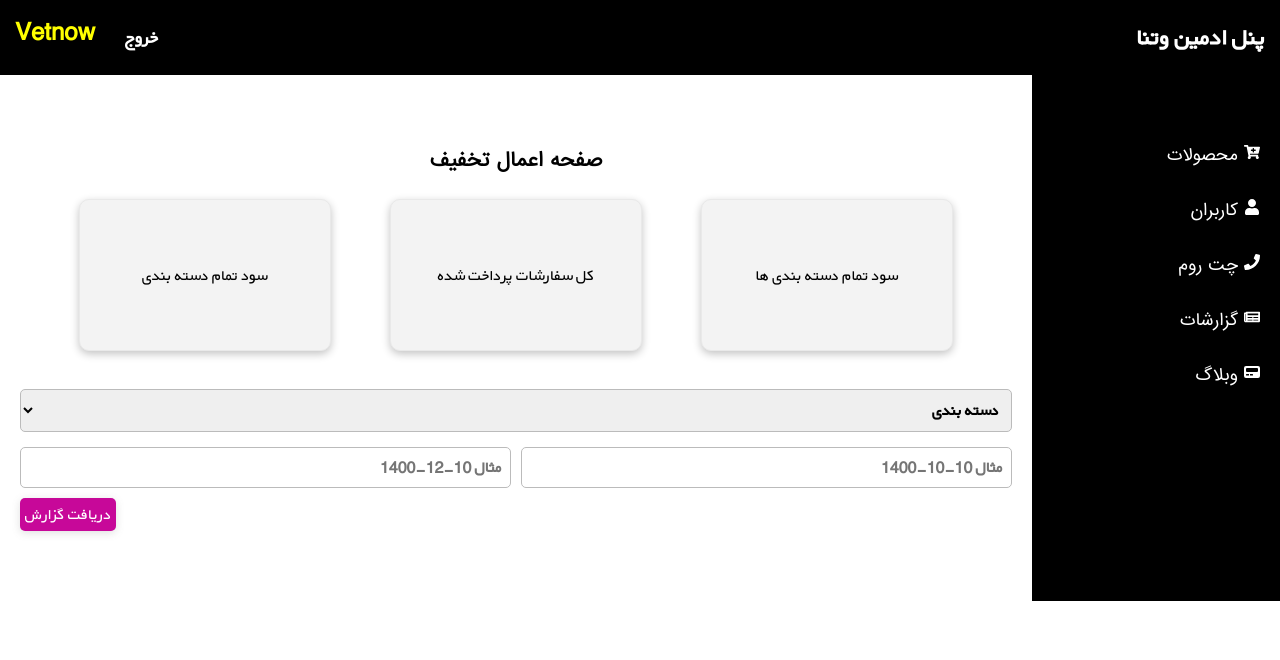
Repository: farhanahmadi/Vetnow
Page: /Reports
The author's editor kept a copy of each file at every save. The page is drawn from the files as they stood at one save, then again after a run of saves.
The browser window is 1280 px wide. The pictures show the whole page.
The page's requests for data from a server got no answer. The project was rebuilt for these pictures with package versions that can differ from the ones it lists, and the page was loaded fresh each time. No one was signed in, and anything a server would have sent is missing. Also part of the build but not shown: src/components/AdminProduct.js, src/components/AddProduct.js, src/components/View.js, src/components/EditProduct.js, src/components/Users.js, src/components/AddUser.js, src/components/EditUser.js, src/components/EditView.js and 7 more.

Above is the page before, as saved 2022-01-25 00:45:49.

### public/index.html
<!DOCTYPE html>
<html lang="en">
  <head>
    <meta charset="utf-8" />
    <link rel="icon" href="%PUBLIC_URL%/favicon.ico" />
    <meta name="viewport" content="width=device-width, initial-scale=1" />
    <meta name="theme-color" content="#000000" />
    <meta
      name="description"
      content="Web site created using create-react-app"
    />
    <link rel="apple-touch-icon" href="%PUBLIC_URL%/logo192.png" />
    <!--
      manifest.json provides metadata used when your web app is installed on a
      user's mobile device or desktop. See https://developers.google.com/web/fundamentals/web-app-manifest/
    -->
    <link rel="manifest" href="%PUBLIC_URL%/manifest.json" />
    <!--
      Notice the use of %PUBLIC_URL% in the tags above.
      It will be replaced with the URL of the `public` folder during the build.
      Only files inside the `public` folder can be referenced from the HTML.

      Unlike "/favicon.ico" or "favicon.ico", "%PUBLIC_URL%/favicon.ico" will
      work correctly both with client-side routing and a non-root public URL.
      Learn how to configure a non-root public URL by running `npm run build`.
    -->
    <title>React App</title>
  </head>
  <body>
    <noscript>You need to enable JavaScript to run this app.</noscript>
    <div id="root"></div>
    <!--
      This HTML file is a template.
      If you open it directly in the browser, you will see an empty page.

      You can add webfonts, meta tags, or analytics to this file.
      The build step will place the bundled scripts into the <body> tag.

      To begin the development, run `npm start` or `yarn start`.
      To create a production bundle, use `npm run build` or `yarn build`.
    -->
  </body>
  <script src="https://cdn.tiny.cloud/1/1i8eu7khos34tatxbnflclqt6v0tuym2124xj2eb49ma1u6q/tinymce/5/tinymce.min.js" referrerpolicy="origin"></script>
</html>

### src/components/Report/Reports.js
import React, { useEffect, useState }  from 'react'
import styles from '../../styles/Reports.module.css'
import Sidebar from '../Sidebar'
import {Link} from 'react-router-dom'
import axios from 'axios'
import { MainLink } from '../Link/MainLink';


export default function Reports() {

    const [category , setCategory] = useState([])
    const [sells , setSells] = useState({
        order_count: '',
        total_gain: '',
        total_sells: '',

    })
    const [data , setData] = useState({
        category: '',
        startDate: '',
        endDate: '',
    })



    useEffect( async () => {
        await axios.get(`${MainLink}/api/v1/categories/`).then(res => setCategory(res.data))
        const total_gains =  await axios.get(`${MainLink}/api/v1/total_gains/`)
        const order_count =  await axios.get(`${MainLink}/api/v1/orders_count/`)
        setSells({...sells , order_count: order_count.data.all ,
            total_gain: total_gains.data.total_gain ,
            total_sells: total_gains.data.total_sells})

    },[])

    const categoryHandler = (event) =>{
        setData({...data , category: event.target.value})
    }

    const inputsHandler = (event) =>{
        setData({...data , [event.target.name] : event.target.value})
        console.log(data);
    }


    const submitHandler = (event) =>{
        event.preventDefault()
        if (data.category.length > 0) {
            axios.post(`${MainLink}/api/v1/gains/` ,{
                slug: data.category,
                date_start: data.startDate,
                date_end: data.endDate
            }).then(response => console.log(response))
        }
    }

    return (
        <div className={styles.container}>
            <section className={styles.main}>
               <section className={styles.tableHeader}>
                    <h3>صفحه اعمال تخفیف</h3>
               </section>
               <br />
                <section className={styles.box}>
                    <div className={styles.Profit}>
                        <p>سود تمام دسته بندی</p>
                        {sells.total_gain}
                    </div>
                    <div className={styles.orders}>
                        <p>کل سفارشات پرداخت شده</p>
                        {sells.order_count}
                    </div>
                    <div className={styles.categoryAllSell}>
                        <p>سود تمام دسته بندی ها</p>
                        {sells.total_sells}
                    </div>
                </section>
                <br />
                <form className={styles.form} onSubmit={submitHandler}>
                <section className={styles.sectionBox} dir='rtl'>
                    <select  onChange={e => categoryHandler(e)}>
                        <option value="null">دسته بندی</option>
                        {category.map(item => <option key={item.id} value={item.slug}>{item.name}</option>)}
                    </select>
                </section>
                <section className={styles.inputs} dir='rtl'>
                    <input type="text" value={data.startDate} placeholder="مثال 10-10-1400" name="startDate" onChange={inputsHandler} />
                    <input type="text" value={data.endDate} placeholder="مثال 10-12-1400" name="endDate" onChange={inputsHandler} />
                </section>
                <input type="submit" className={styles.submitBtn} value="دریافت گزارش" />
                </form>
            </section>
            <section className={styles.sidebar}>
             <Sidebar  />
            </section>
        </div>
    )
}

### src/styles/Navbar.module.css
@font-face {
    font-family: "iranyekan";
    src: url(../fonts/BYekan.ttf);
}
.container{
    background-color: black;
    display: flex;
    justify-content: space-between;
    align-items: center;
    padding: 15px;
}
.container h2{
    font-family: iranyekan;
}
.VetnowEn{
    display: flex;
    text-align: left;
}
.VetnowTitleEn{
    margin-right: 20px;
}
.VetnowEn button{
    border: none;
    background: none;
    font-family: iranyekan;
    color: white;
    font-size: 18px;
    font-weight: bold;
    padding: 10px;
}
.VetnowTitle{
    color: white;
}
.VetnowTitleEn{
    color: yellow;
}

### src/styles/View.module.css
.container{
    display: flex;
    justify-content: right;
    font-family: iranyekan;
}
.main{
    width: calc(400% / 5);
    margin-top: 50px;
    padding: 20px;
    display: flex;
    justify-content: space-between;
    align-items: center;
    flex-direction: column;
}
.sidebar{
    width: calc(100% / 5);
}
.divImg{
    width: 150px;
    height: 150px;
    border: 1px solid #bbbbbb;
    display: flex;
    justify-content: center;
    align-items: center;
    box-shadow: rgba(99, 99, 99, 0.2) 0px 2px 8px 0px;
}
.imageContainer{
    width: 100%;
    display: grid;
    grid-template-columns: 1fr 1fr 1fr 1fr;
    margin-top: 16px;
}
.imageContainer img{
    width: 200px;
    height: 200px;
    border-radius: 5px;
    box-shadow: rgba(99, 99, 99, 0.2) 0px 2px 8px 0px;
}

.photoBox{
    text-align: center;
    margin: 10px auto;
    position: relative;
    display: flex;
    flex-direction: column;
    align-items: center;
}
.imageContainer button{
    position: absolute;
    bottom: 0;
    width: 100%;
    background: #ffffff;
    color: red;
    font-size: 16px;
    font-weight: bold;
    padding: 5px 0px;
    border: none;
    opacity: 0.8;
    font-family: iranyekan;
    cursor: pointer;

}
.imgBox{
    margin: 10px auto;
}
p{
    direction: ltr;
}
@media only screen and (max-width: 1079.98px) {
    .imageContainer img{
        width: 150px;
        height: 150px;
    }
   }

@media only screen and (max-width: 767.98px) {
    .imageContainer{
        display: grid;
        grid-template-columns: 1fr 1fr;
    }
   }

   @media only screen and (max-width: 575.98px) {
    .imageContainer{
        display: grid;
        grid-template-columns: 1fr;
    }
   }

### src/styles/AddUser.module.css
.container{
    display: flex;
    justify-content: right;
    font-family: iranyekan;
}

.main{
    width: calc(400% / 5);
    margin-top: 50px;
    padding: 20px;
}
.sidebar{
    width: calc(100% / 5);
}
.header{
    width: 100%;
}
.header h3{
    text-align: right;
}
.inputs{
    text-align: center;
    display: grid;
    grid-template-columns: 1fr 1fr ;
    width: 100%;
    column-gap: 10px;
    row-gap: 20px;
}
.inputs input , select{
    border-radius: 5px;
    border: 1px solid #bbbbbb;
    text-align: right;
    padding: 8px;
    font-size: 16px;
    color: black;
    font-weight: bold;
    font-family: iranyekan;
}
.inputs input , select:focus{
   outline: none;
}
.submitBtn{
    margin-top: 10px;
    background: #C70899;
    color: white;
    border: none;
    border-radius: 5px;
    font-size: 16px;
    padding: 5px;
    font-family: iranyekan;
    cursor: pointer;
    box-shadow: rgba(99, 99, 99, 0.2) 0px 2px 8px 0px;

}
.checkBox{
    display: flex;
    justify-content: space-between;
    align-items: center;
}
@media only screen and (max-width: 767.98px) {
    .inputs{
        grid-template-columns: 1fr;
    }
   }

### src/styles/EditUser.module.css
.container{
    display: flex;
    justify-content: right;
    font-family: iranyekan;
}

.main{
    width: calc(400% / 5);
    margin-top: 50px;
    padding: 20px;
}
.sidebar{
    width: calc(100% / 5);
}
.header{
    width: 100%;
}
.header h3{
    text-align: right;
}
.inputs{
    text-align: center;
    display: grid;
    grid-template-columns: 1fr 1fr ;
    width: 100%;
    column-gap: 10px;
    row-gap: 20px;
}
.inputs input , select{
    border-radius: 5px;
    border: 1px solid #bbbbbb;
    text-align: right;
    padding: 8px;
    font-size: 16px;
    color: black;
    font-weight: bold;
    font-family: iranyekan;
}
.inputs input , select:focus{
   outline: none;
}
.submitBtn{
    margin-top: 10px;
    background: #C70899;
    color: white;
    border: none;
    border-radius: 5px;
    font-size: 16px;
    padding: 5px;
    font-family: iranyekan;
    cursor: pointer;
    box-shadow: rgba(99, 99, 99, 0.2) 0px 2px 8px 0px;

}
.checkBox{
    display: flex;
    justify-content: space-between;
    align-items: center;
}
@media only screen and (max-width: 767.98px) {
    .inputs{
        grid-template-columns: 1fr;
    }
   }

### src/styles/EditView.module.css
.container{
    display: flex;
    justify-content: right;
    font-family: iranyekan;
}
.main{
    width: calc(400% / 5);
    margin-top: 50px;
    padding: 20px;
    display: flex;
    justify-content: space-between;
    align-items: center;
    flex-direction: column;
}
.sidebar{
    width: calc(100% / 5);
}
.divImg{
    width: 150px;
    height: 150px;
    border: 1px solid #bbbbbb;
    display: flex;
    justify-content: center;
    align-items: center;
    box-shadow: rgba(99, 99, 99, 0.2) 0px 2px 8px 0px;
}
.imageContainer{
    width: 100%;
    display: grid;
    grid-template-columns: 1fr 1fr 1fr 1fr;
    margin-top: 16px;
}
.imageContainer img{
    width: 200px;
    height: 200px;
    border-radius: 5px;
    box-shadow: rgba(99, 99, 99, 0.2) 0px 2px 8px 0px;
}

.photoBox{
    text-align: center;
    margin: 10px auto;
    position: relative;
    display: flex;
    flex-direction: column;
    align-items: center;
}
.imageContainer button{
    position: absolute;
    bottom: 0;
    width: 100%;
    background: #ffffff;
    color: red;
    font-size: 16px;
    font-weight: bold;
    padding: 5px 0px;
    border: none;
    opacity: 0.8;
    font-family: iranyekan;
    cursor: pointer;

}
.imgBox{
    margin: 10px auto;
}
p{
    direction: ltr;
}
@media only screen and (max-width: 1079.98px) {
    .imageContainer img{
        width: 150px;
        height: 150px;
    }
   }

@media only screen and (max-width: 767.98px) {
    .imageContainer{
        display: grid;
        grid-template-columns: 1fr 1fr;
    }
   }

   @media only screen and (max-width: 575.98px) {
    .imageContainer{
        display: grid;
        grid-template-columns: 1fr;
    }
   }

### src/styles/AddCategory.module.css
@font-face {
    font-family: "iranyekan";
    src: url(../fonts/BYekan.ttf);
}
.container{
    display: flex;
    justify-content: right;
    font-family: iranyekan;
}
.main{
    width: calc(400% / 5);
    margin-top: 50px;
    padding: 20px;
    display: flex;
    justify-content: flex-start;
    align-items: center;
    flex-direction: column;
}
.header{
    width: 100%;
}
.header h3{
    text-align: right;
}
.inputs{
    text-align: center;
    display: grid;
    grid-template-columns: 1fr 1fr ;
    width: 100%;
    column-gap: 10px;
    row-gap: 20px;
}
.inputs input , select{
    border-radius: 5px;
    border: 1px solid #bbbbbb;
    text-align: right;
    padding: 8px;
    font-size: 16px;
    color: black;
    font-weight: bold;
    font-family: iranyekan;
}
.inputs input , select:focus{
   outline: none;
}
.sidebar{
    width: calc(100% / 5);
}
.submitBtn{
    margin-top: 10px;
    background: #C70899;
    color: white;
    border: none;
    border-radius: 5px;
    font-size: 16px;
    padding: 5px;
    font-family: iranyekan;
    cursor: pointer;
    box-shadow: rgba(99, 99, 99, 0.2) 0px 2px 8px 0px;

}

### src/styles/EditCategory.module.css
@font-face {
    font-family: "iranyekan";
    src: url(../fonts/BYekan.ttf);
}
.container{
    display: flex;
    justify-content: right;
    font-family: iranyekan;
}
.main{
    width: calc(400% / 5);
    margin-top: 50px;
    padding: 20px;
    display: flex;
    justify-content: flex-start;
    align-items: center;
    flex-direction: column;
}
.header{
    width: 100%;
}
.header h3{
    text-align: right;
}
.inputs{
    text-align: center;
    display: grid;
    grid-template-columns: 1fr 1fr ;
    width: 100%;
    column-gap: 10px;
    row-gap: 20px;
}
.inputs input , select{
    border-radius: 5px;
    border: 1px solid #bbbbbb;
    text-align: right;
    padding: 8px;
    font-size: 16px;
    color: black;
    font-weight: bold;
    font-family: iranyekan;
}
.inputs input , select:focus{
   outline: none;
}
.sidebar{
    width: calc(100% / 5);
}
.submitBtn{
    margin-top: 10px;
    background: #C70899;
    color: white;
    border: none;
    border-radius: 5px;
    font-size: 16px;
    padding: 5px;
    font-family: iranyekan;
    cursor: pointer;
    box-shadow: rgba(99, 99, 99, 0.2) 0px 2px 8px 0px;

}

### src/styles/EditParentCategory.module.css
@font-face {
    font-family: "iranyekan";
    src: url(../fonts/BYekan.ttf);
}
.container{
    display: flex;
    justify-content: right;
    font-family: iranyekan;
}
.main{
    width: calc(400% / 5);
    margin-top: 50px;
    padding: 20px;
    display: flex;
    justify-content: flex-start;
    align-items: center;
    flex-direction: column;
}
.header{
    width: 100%;
}
.header h3{
    text-align: right;
}
.inputs{
    text-align: center;
    display: grid;
    grid-template-columns: 1fr 1fr ;
    width: 100%;
    column-gap: 10px;
    row-gap: 20px;
}
.inputs input , select{
    border-radius: 5px;
    border: 1px solid #bbbbbb;
    text-align: right;
    padding: 8px;
    font-size: 16px;
    color: black;
    font-weight: bold;
    font-family: iranyekan;
}
.inputs input , select:focus{
   outline: none;
}
.sidebar{
    width: calc(100% / 5);
}
.submitBtn{
    margin: 10px 5px 0px 5px ;
    background: #C70899;
    color: white;
    border: none;
    border-radius: 5px;
    font-size: 16px;
    padding: 5px;
    font-family: iranyekan;
    cursor: pointer;
    box-shadow: rgba(99, 99, 99, 0.2) 0px 2px 8px 0px;

}
.delButton{
    margin: 10px 5px 0px 5px ;
    background: #c70808;
    color: white;
    border: none;
    border-radius: 5px;
    font-size: 16px;
    padding: 5px;
    font-family: iranyekan;
    cursor: pointer;
    box-shadow: rgba(99, 99, 99, 0.2) 0px 2px 8px 0px;

}
.btns{
    display: flex;
    justify-content: space-between;
    align-items: center;
}

### src/styles/Discount.module.css
@font-face {
    font-family: "iranyekan";
    src: url(../fonts/BYekan.ttf);
}
.container{
    display: flex;
    justify-content: right;
    font-family: iranyekan;
}
.main{
    width: calc(400% / 5);
    margin-top: 50px;
    padding: 20px;
    display: flex;
    justify-content: flex-start;
    align-items: center;
    flex-direction: column;
}
.header{
    width: 100%;
}
.header h3{
    text-align: right;
}
.inputs{
    text-align: center;
    display: grid;
    grid-template-columns: 1fr 1fr ;
    width: 100%;
    column-gap: 10px;
    row-gap: 20px;
}
.inputs input , select{
    border-radius: 5px;
    border: 1px solid #bbbbbb;
    text-align: right;
    padding: 8px;
    font-size: 16px;
    color: black;
    font-weight: bold;
    font-family: iranyekan;
}
.inputs input , select:focus{
   outline: none;
}
.sidebar{
    width: calc(100% / 5);
}
.background{
    background-color: rgb(211, 211, 211);
}
.submitBtn{
    margin-top: 10px;
    background: #C70899;
    color: white;
    border: none;
    border-radius: 5px;
    font-size: 16px;
    padding: 5px;
    font-family: iranyekan;
    cursor: pointer;
    box-shadow: rgba(99, 99, 99, 0.2) 0px 2px 8px 0px;

}

### src/styles/EditDiscount.module.css
@font-face {
    font-family: "iranyekan";
    src: url(../fonts/BYekan.ttf);
}
.container{
    display: flex;
    justify-content: right;
    font-family: iranyekan;
}
.main{
    width: calc(400% / 5);
    margin-top: 50px;
    padding: 20px;
    display: flex;
    justify-content: flex-start;
    align-items: center;
    flex-direction: column;
}
.header{
    width: 100%;
}
.header h3{
    text-align: right;
}
.inputs{
    text-align: center;
    display: grid;
    grid-template-columns: 1fr 1fr ;
    width: 100%;
    column-gap: 10px;
    row-gap: 20px;
}
.inputs input , select{
    border-radius: 5px;
    border: 1px solid #bbbbbb;
    text-align: right;
    padding: 8px;
    font-size: 16px;
    color: black;
    font-weight: bold;
    font-family: iranyekan;
}
.inputs input , select:focus{
   outline: none;
}
.sidebar{
    width: calc(100% / 5);
}
.submitBtn{
    margin: 10px 5px 0px 5px ;
    background: #C70899;
    color: white;
    border: none;
    border-radius: 5px;
    font-size: 16px;
    padding: 5px;
    font-family: iranyekan;
    cursor: pointer;
    box-shadow: rgba(99, 99, 99, 0.2) 0px 2px 8px 0px;

}
.delButton{
    margin: 10px 5px 0px 5px ;
    background: #c70808;
    color: white;
    border: none;
    border-radius: 5px;
    font-size: 16px;
    padding: 5px;
    font-family: iranyekan;
    cursor: pointer;
    box-shadow: rgba(99, 99, 99, 0.2) 0px 2px 8px 0px;

}
.btns{
    display: flex;
    justify-content: space-between;
    align-items: center;
}

### src/styles/Reports.module.css
@font-face {
    font-family: "iranyekan";
    src: url(../fonts/BYekan.ttf);
}
.container{
    display: flex;
    justify-content: right;
    font-family: iranyekan;
}
.main{
    width: calc(400% / 5);
    margin-top: 50px;
    padding: 20px;
    display: flex;
    justify-content: flex-start;
    align-items: center;
    flex-direction: column;
}
.header{
    width: 100%;
}
.header h3{
    text-align: right;
}
.box{
    display: flex;
    justify-content: space-evenly;
    align-items: center;
    width: 100%;
}
.Profit , .orders , .categoryAllSell{
    width: 250px;
    height: 150px;
    background-color: rgb(243, 243, 243);
    border-radius: 10px;
    border: 1px solid rgb(233, 233, 233);
    box-shadow: rgba(0, 0, 0, 0.24) 0px 3px 8px;
    display: flex;
    justify-content: center;
    align-items: center;
    flex-direction: column;
}

.select{
    text-align: center;
    display: grid;
    grid-template-columns: 1fr;
    width: 100%;
    column-gap: 10px;
    row-gap: 20px;
}
.sectionBox{
    text-align: center;
    display: grid;
    grid-template-columns: 1fr;
    width: 100%;
    column-gap: 10px;
    row-gap: 20px;
    margin-top: 15px;
}
.inputs{
    text-align: center;
    display: grid;
    grid-template-columns: 1fr 1fr;
    width: 100%;
    column-gap: 10px;
    row-gap: 20px;
    margin-top: 15px;
}
.select select{
    border-radius: 5px;
    border: 1px solid #bbbbbb;
    text-align: right;
    padding: 8px;
    font-size: 16px;
    color: black;
    font-weight: bold;
    font-family: iranyekan;
}
.inputs input , select{
    border-radius: 5px;
    border: 1px solid #bbbbbb;
    text-align: right;
    padding: 8px;
    font-size: 16px;
    color: black;
    font-weight: bold;
    font-family: iranyekan;
}
.inputs input , select:focus{
   outline: none;
}
.form{
    width: 100%;
}
.sidebar{
    width: calc(100% / 5);
}
.background{
    background-color: rgb(211, 211, 211);
}
.submitBtn{
    margin-top: 10px;
    background: #C70899;
    color: white;
    border: none;
    border-radius: 5px;
    font-size: 16px;
    padding: 5px;
    font-family: iranyekan;
    cursor: pointer;
    box-shadow: rgba(99, 99, 99, 0.2) 0px 2px 8px 0px;
}

### src/styles/Sidebar.module.css
.sideBar{
    text-align: right;
    background-color: black;
    height: 100%;
    overflow: hidden;
    padding-top: 50px;
}
.adminSideBar{
    list-style-type: none;
}
.adminSideBar li{
    font-family: sansiran;
    margin: 5px 10px 5px 0px;
    padding: 0 10px;
    height: 50px;
    transition: background-color 0.5s;
    cursor: pointer;
    display: flex;
    align-items: center;
    justify-content: end;
}
.adminSideBar li:hover{
    background-color: orange;
}
.adminSideBar a{
    color: white;
    text-decoration: none;
}
.adminSideBarMobile{
    list-style-type: none;
}
.adminSideBarMobile li{
    font-family: sansiran;
    margin: 5px 10px 5px 0px;
    padding: 0 10px;
    height: 50px;
    transition: background-color 0.5s;
    cursor: pointer;
    display: flex;
    align-items: center;
    justify-content: end;
}
.adminSideBarMobile li:hover{
    background-color: orange;
}
.adminSideBarMobile a{
    color: white;
    text-decoration: none;
}
.adminSideBarMobile{
    display: none;
}

@media only screen and (max-width: 575.98px) {
    .adminSideBar{
        display: none;
    }
    .adminSideBarMobile{
        display: block;

 }
}

Loaded but not shown: src/index.css (common file); src/App.js (51 lines, source omitted); src/components/Sidebar.js (28 lines, source omitted); src/components/Navbar.js (18 lines, source omitted); src/index.js (13 lines, source omitted); src/components/Link/MainLink.js (1 lines, source omitted); src/styles/CategoriesList.module.css (165 lines, source omitted); src/styles/EditProduct.module.css (157 lines, source omitted); src/styles/AddProduct.module.css (152 lines, source omitted); src/styles/DiscaountProductsList.module.css (143 lines, source omitted); src/styles/AdminProduct.module.css (139 lines, source omitted); src/App.css (no stored copy; drawn as an empty file)

After the next 2 saves:
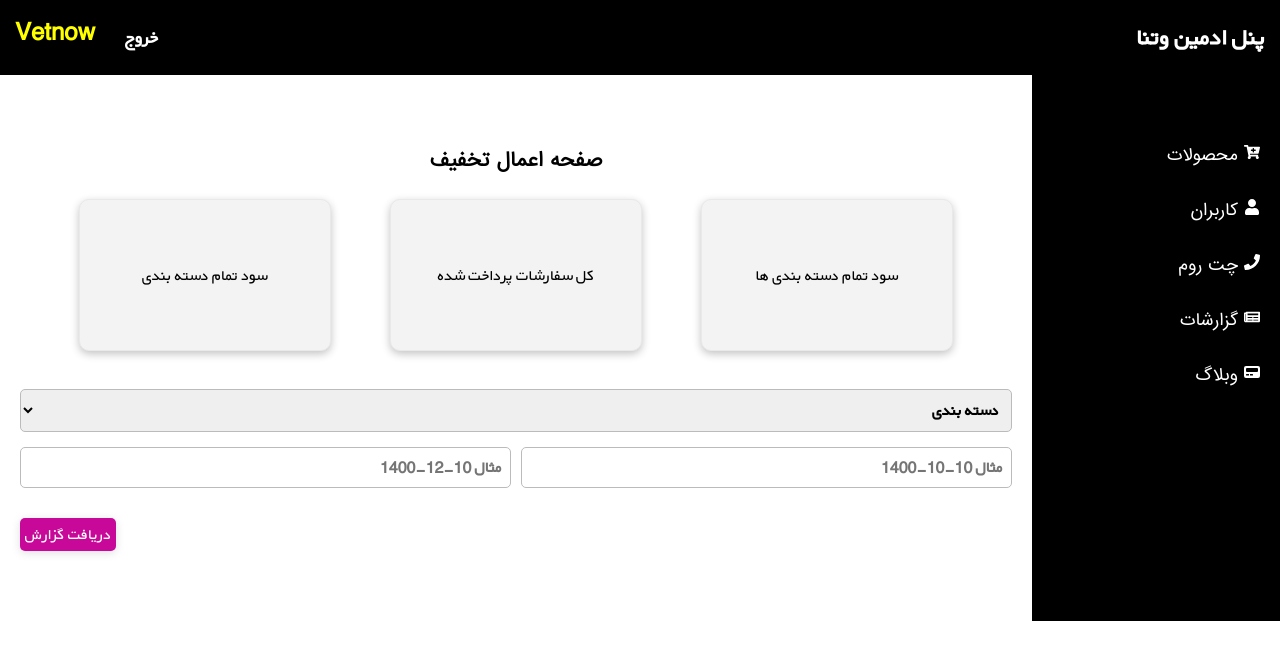
The 2 saves are shown as one change because they came seconds apart.
The last was saved 50 s later.
--- a/src/components/Report/Reports.js
+++ b/src/components/Report/Reports.js
@@ -86,6 +86,8 @@ export default function Reports() {
                 <section className={styles.inputs} dir='rtl'>
                     <input type="text" value={data.startDate} placeholder="مثال 10-10-1400" name="startDate" onChange={inputsHandler} />
                     <input type="text" value={data.endDate} placeholder="مثال 10-12-1400" name="endDate" onChange={inputsHandler} />
+                    <p></p>
+                    <p></p>
                 </section>
                 <input type="submit" className={styles.submitBtn} value="دریافت گزارش" />
                 </form>
